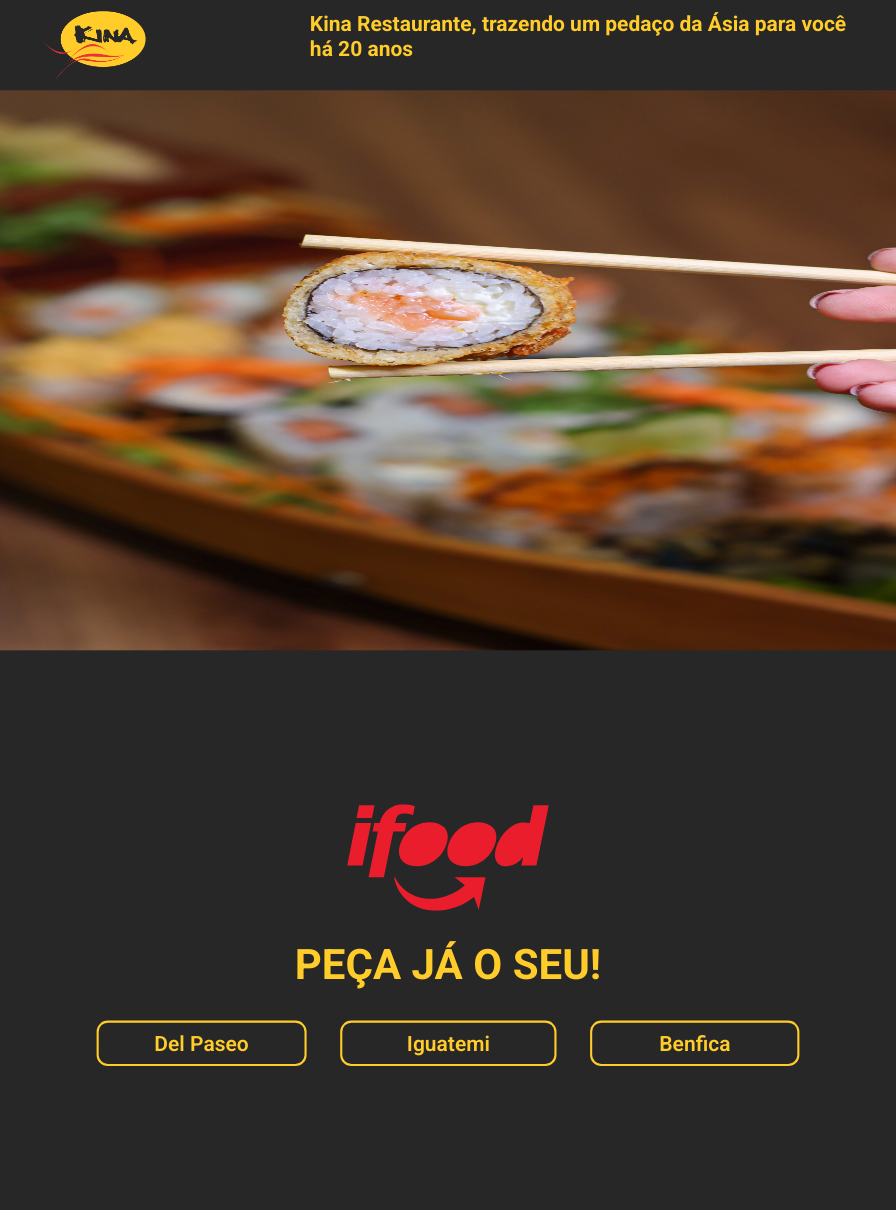
Repository: chidekina/kina-page
Page: index.html
An editor plug-in stored every save of this project. The page is shown before and after the next save, followed by the edit.
The browser window is 1280 px wide. The pictures show the whole page, at 70% of full size.

Above is the page before, as saved 2025-03-20 17:07:47.

### index.html
<!DOCTYPE html>
<html lang="en">
  <head>
    <meta charset="UTF-8" />
    <meta name="viewport" content="width=device-width, initial-scale=1.0" />
    <link rel="stylesheet" href="styles.css" />
    <title>Kina Restaurante</title>
    <script src="https://cdn.jsdelivr.net/npm/@tailwindcss/browser@4"></script>
    <link rel="preconnect" href="https://fonts.googleapis.com" />
    <link rel="preconnect" href="https://fonts.gstatic.com" crossorigin />
    <link
      href="https://fonts.googleapis.com/css2?family=Roboto:ital,wght@0,100..900;1,100..900&display=swap"
      rel="stylesheet"
    />
  </head>
  <body class="">
    <header class="flex px-12 py-4 gap-12 justify-between">
      <img src="./assets/Logo Kina.png" class="w-40" alt="Kina Logo" />
      <h1 class="flex font-bold text-3xl w-2/3">
        Kina Restaurante, trazendo um pedaço da Ásia para você há 20 anos
      </h1>
    </header>
    <img src="/assets/pictures/IMG_5172.JPG" class="w-full h-200" />
    <div class="flex justify-center items-center h-200 flex-col">
      <div>
        <div class="bg-[#FFFF] w-12"></div>
      </div>
      <img src="/assets/ifood.svg" class="w-72 mb-12" />
      <h1 class="font-bold text-6xl mb-16">PEÇA JÁ O SEU!</h1>
      <ul class="flex gap-12">
        <li>
          <a
            href="https://www.ifood.com.br/delivery/fortaleza-ce/kina-del-paseo-aldeota/053acccc-102c-4b47-b6df-b3ddc8d6c0f6"
            target="_blank"
            class="font-semibold text-3xl border-3 rounded-2xl py-3 px-20 w-104"
          >
            Del Paseo
          </a>
        </li>
        <li>
          <a
            href="https://www.ifood.com.br/delivery/fortaleza-ce/kina-del-paseo-aldeota/053acccc-102c-4b47-b6df-b3ddc8d6c0f6"
            target="_blank"
            class="font-semibold text-3xl border-3 rounded-2xl py-3 px-23"
          >
            Iguatemi
          </a>
        </li>
        <li>
          <a
            href="https://www.ifood.com.br/delivery/fortaleza-ce/kina-del-paseo-aldeota/053acccc-102c-4b47-b6df-b3ddc8d6c0f6"
            target="_blank"
            class="font-semibold text-3xl border-3 rounded-2xl py-3 px-24"
          >
            Benfica
          </a>
        </li>
      </ul>
    </div>
    <div>
        <p class="w-1/2 text-xl px-12Lorem ipsum dolor sit amet consectetur, adipisicing elit. Omnis consequatur nihil, molestiae dolorem ipsum esse harum veritatis? Nesciunt assumenda provident eum ratione tempora ea esse praesentium, eaque eos, accusamus architecto!</p>
    </div>
  </body>
</html>

### styles.css
:root{
    --main-font: "Roboto", sans-serif;
    --primary-color: #FFCC29;
}

body {
    font-family: var(--main-font);
    background-color: #272728;
    color: var(--primary-color);
}

After the next save:
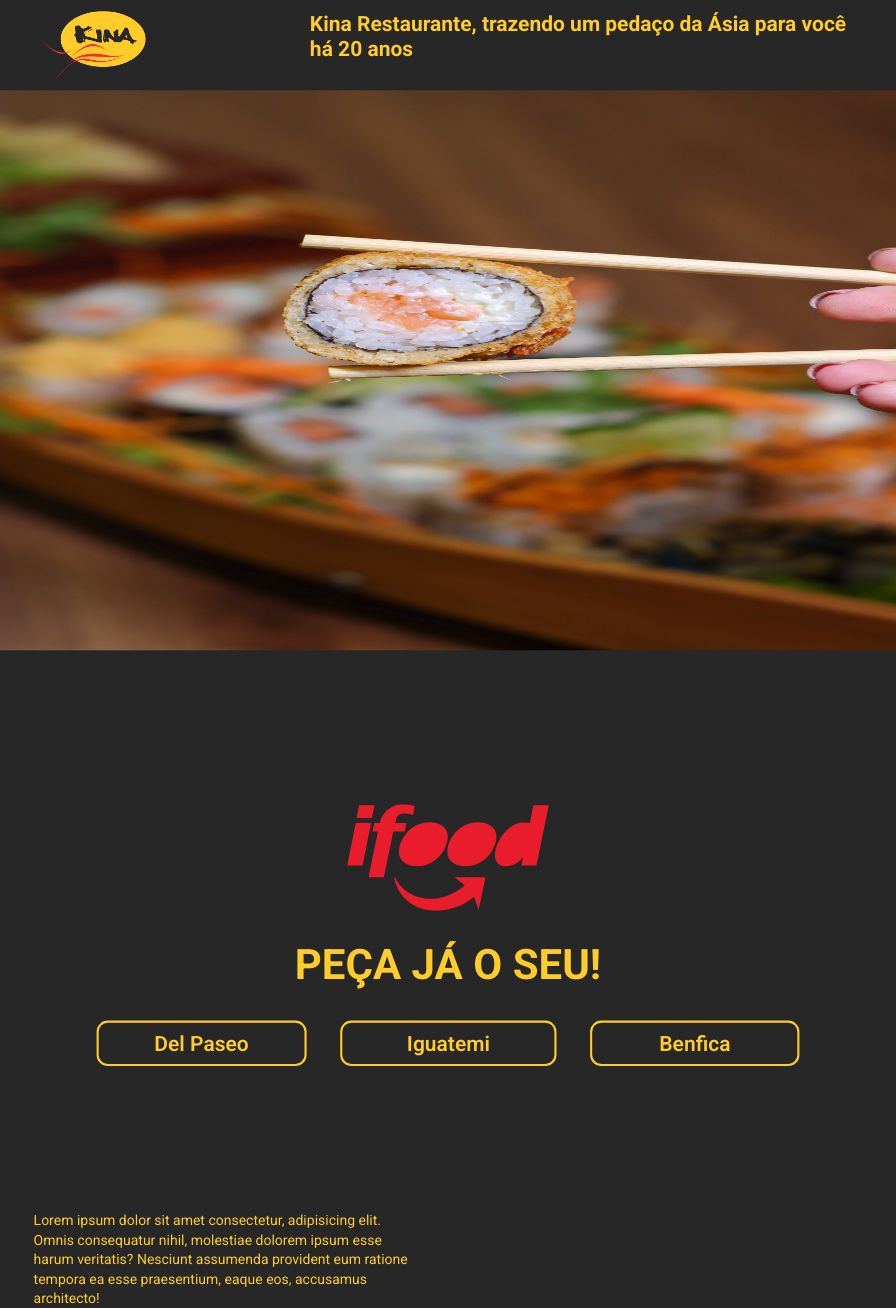
Saved 4 s later.
--- a/index.html
+++ b/index.html
@@ -58,7 +58,7 @@
       </ul>
     </div>
     <div>
-        <p class="w-1/2 text-xl px-12Lorem ipsum dolor sit amet consectetur, adipisicing elit. Omnis consequatur nihil, molestiae dolorem ipsum esse harum veritatis? Nesciunt assumenda provident eum ratione tempora ea esse praesentium, eaque eos, accusamus architecto!</p>
+        <p class="w-1/2 text-xl px-12">Lorem ipsum dolor sit amet consectetur, adipisicing elit. Omnis consequatur nihil, molestiae dolorem ipsum esse harum veritatis? Nesciunt assumenda provident eum ratione tempora ea esse praesentium, eaque eos, accusamus architecto!</p>
     </div>
   </body>
 </html>
